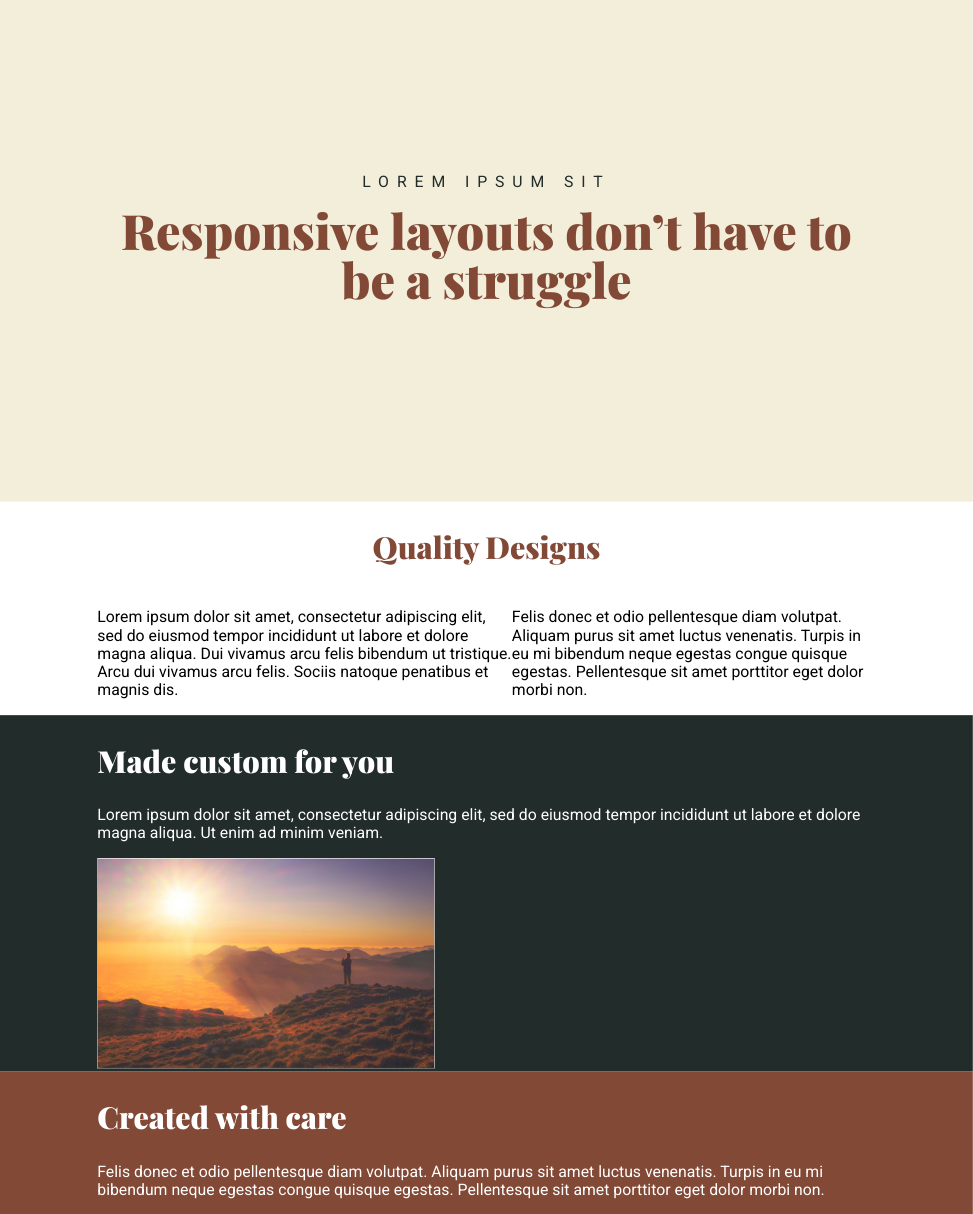
Repository: GregG21/Kevin-Powell-21-day-challange
Page: Day 12/index.html
An editor plug-in stored every save of this project. The page is shown before and after the next save, followed by the edit.
The browser window is 1280 px wide. The pictures show the whole page, at 76% of full size.
The style sheet was rebuilt from its Sass, Less or Tailwind sources for each picture, by a compiler version that may differ from the author's.

Above is the page before, as saved 2020-09-11 20:43:08.

After the next save:
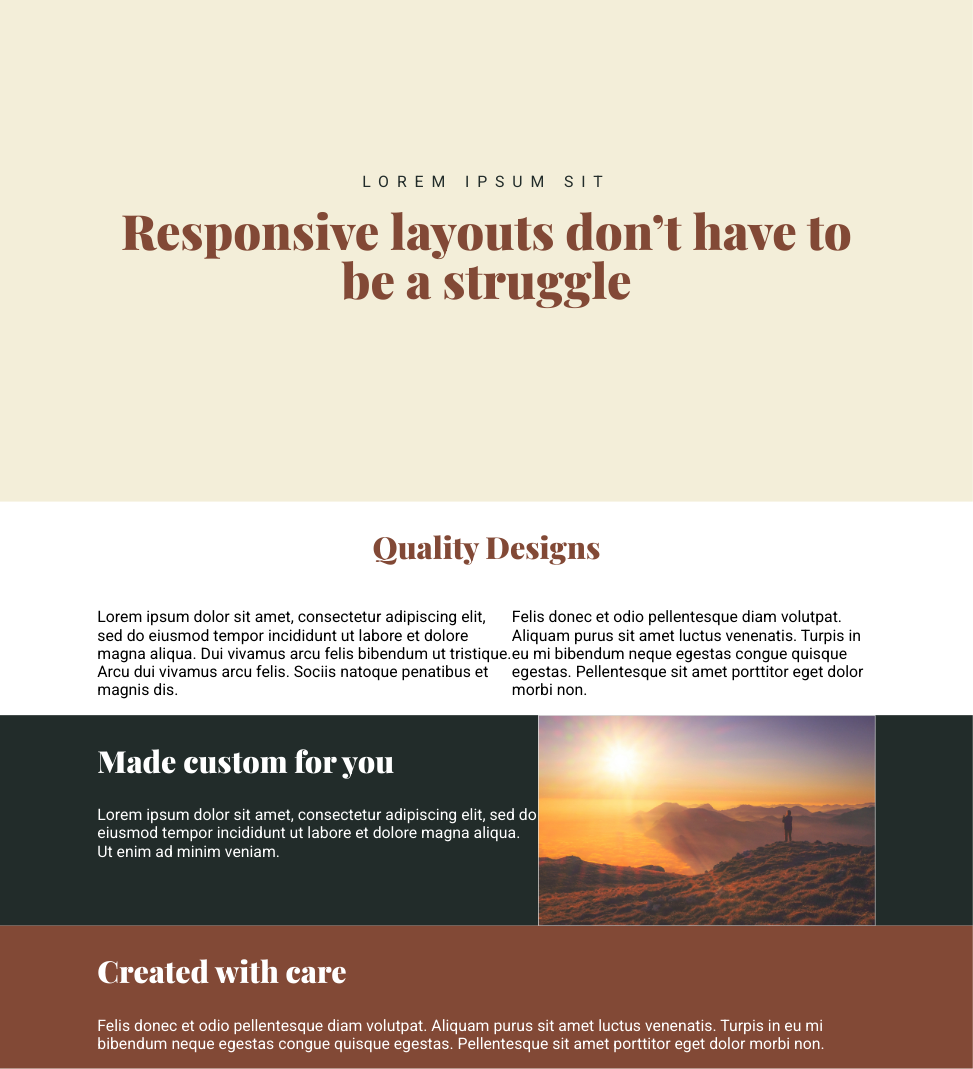
Saved 99 s later.
--- a/Day 12/index.html
+++ b/Day 12/index.html
@@ -39,8 +39,8 @@
         </div>
       </section>
 
-      <section class="section__two display-flex">
-        <div class="container">
+      <section class="section__two ">
+        <div class="container display-flex">
           <div class="section__two--text">
             <h2>Made custom for you</h2>
             <p>
